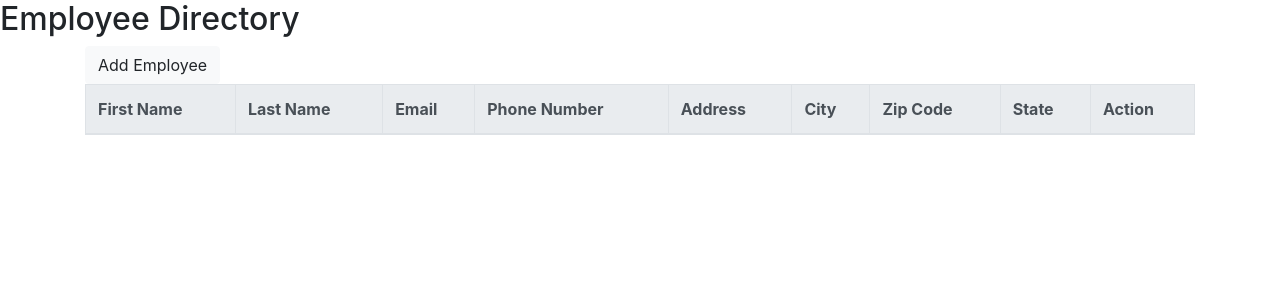
Repository: TChristian315/directory_app
Page: http://localhost/directoryapp/directory.jsp
These files come from the project's save history. The page is drawn as it stood at one moment and after the next save; the edit follows.
The browser window is 1280 px wide. The pictures show the whole page.
Some web libraries are served in a nearby version. The page is served by Tomcat 9. Other server files are loaded and not shown. The template is opened directly, without the code that normally fills it, so the values that code supplies are empty.

Above is the page before, as saved 2018-05-24 12:18:30.

### Workspaces/directoryapp/WebContent/directory.jsp
<%@ page language="java" contentType="text/html; charset=ISO-8859-1"
    pageEncoding="ISO-8859-1"%>
<%@ taglib uri="http://java.sun.com/jsp/jstl/core" prefix="c" %>

<!DOCTYPE html PUBLIC "-//W3C//DTD HTML 4.01 Transitional//EN" "http://www.w3.org/TR/html4/loose.dtd">
<html>
<head>
<meta http-equiv="Content-Type" content="text/html; charset=ISO-8859-1">
<link rel="stylesheet" href="https://maxcdn.bootstrapcdn.com/bootstrap/4.0.0/css/bootstrap.min.css" integrity="sha384-Gn5384xqQ1aoWXA+058RXPxPg6fy4IWvTNh0E263XmFcJlSAwiGgFAW/dAiS6JXm" crossorigin="anonymous">

<title>Employee Directory</title>
</head>
<body>

	<div class="wrapper">
		<div class="header">
			<h2> Employee Directory</h2>
		</div>

		<div class="container">

			<div class="content">

				<input type="button" value="Add Employee"
					onclick="window.location.href= 'add-employee-form.jsp'; return false;"
					class="btn btn-light" style="" />

				<!-- <form action="EmployeeControllerServlet" method="GET">
					<input type="hidden" name="command" value="SEARCH "/>
					Search Employee: <input type="text" name="employeeSearch" />
					<input type="submit" value="Search" class="btn btn-primary" />
				</form> -->

				<table class ="table table-bordered table-hover">
					<thead class="thead-light">
						<tr>
							<th scope="col">First Name</th>
							<th scope="col">Last Name</th>
							<th scope="col">Email</th>
							<th scope="col">Phone Number</th>
							<th scope="col">Address</th>
							<th scope="col">City</th>
							<th scope="col">Zip Code</th>
							<th scope="col">State</th>
							<th scope="col">Action</th>
						</tr>
					</thead>
					<c:forEach var="tempEmployee" items="${employee_list}">

						<c:url var="updateLink" value="EmployeeControllerServlet">
							<c:param name="command" value="LOAD" />
							<c:param name="employeeId" value="${tempEmployee.id}" />
						</c:url>
						<c:url var="deleteLink" value="EmployeeControllerServlet">
							<c:param name="command" value="DELETE" />
							<c:param name="employeeId" value="${tempEmployee.id}" />
						</c:url>
					<tbody>
						<tr>
							<td>${tempEmployee.firstName}</td>
							<td>${tempEmployee.lastName}</td>
							<td>${tempEmployee.email}</td>
							<td>${tempEmployee.phoneNumber}</td>
							<td>${tempEmployee.address}</td>
							<td>${tempEmployee.city}</td>
							<td>${tempEmployee.state}</td>
							<td>${tempEmployee.zipCode}</td>
							<td><a href="${updateLink}">Update</a>
							<a href="${deleteLink}" onclick="if(!(confirm('Are you sure you want to delete this employee?'))) return false">Delete</a></td>
						</tr>
					</c:forEach>
					</tbody>

				</table>
			</div>
		</div>
	</div>


	<script src="https://code.jquery.com/jquery-3.2.1.slim.min.js" integrity="sha384-KJ3o2DKtIkvYIK3UENzmM7KCkRr/rE9/Qpg6aAZGJwFDMVNA/GpGFF93hXpG5KkN" crossorigin="anonymous"></script>
	<script src="https://cdnjs.cloudflare.com/ajax/libs/popper.js/1.12.9/umd/popper.min.js" integrity="sha384-ApNbgh9B+Y1QKtv3Rn7W3mgPxhU9K/ScQsAP7hUibX39j7fakFPskvXusvfa0b4Q" crossorigin="anonymous"></script>
	<script src="https://maxcdn.bootstrapcdn.com/bootstrap/4.0.0/js/bootstrap.min.js" integrity="sha384-JZR6Spejh4U02d8jOt6vLEHfe/JQGiRRSQQxSfFWpi1MquVdAyjUar5+76PVCmYl" crossorigin="anonymous"></script>


</body>
</html>

After the next save:
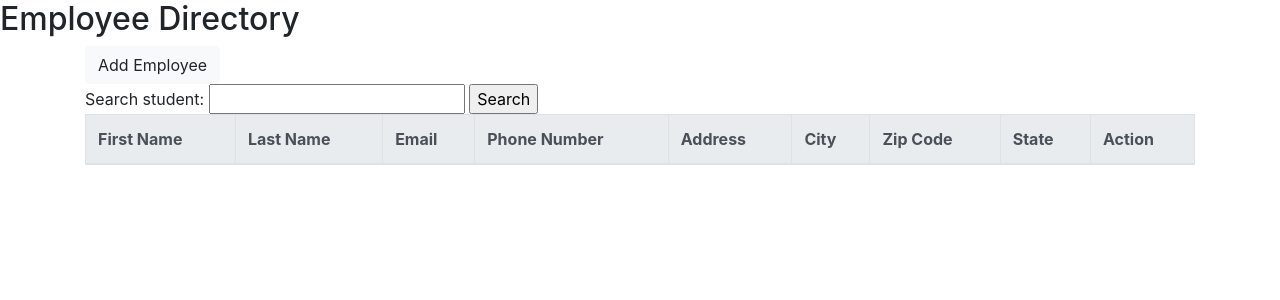
Saved 21 min 58 s later.
--- a/Workspaces/directoryapp/WebContent/directory.jsp
+++ b/Workspaces/directoryapp/WebContent/directory.jsp
@@ -25,11 +25,11 @@
 					onclick="window.location.href= 'add-employee-form.jsp'; return false;"
 					class="btn btn-light" style="" />
 
-				<!-- <form action="EmployeeControllerServlet" method="GET">
-					<input type="hidden" name="command" value="SEARCH "/>
-					Search Employee: <input type="text" name="employeeSearch" />
-					<input type="submit" value="Search" class="btn btn-primary" />
-				</form> -->
+				 <form action="EmployeeControllerServlet" method="GET">
+                <input type="hidden" name="command" value="SEARCH" />
+                Search student: <input type="text" name="theSearchName" />
+                <input type="submit" value="Search" class="add-student-button" />
+            	</form>
 
 				<table class ="table table-bordered table-hover">
 					<thead class="thead-light">
